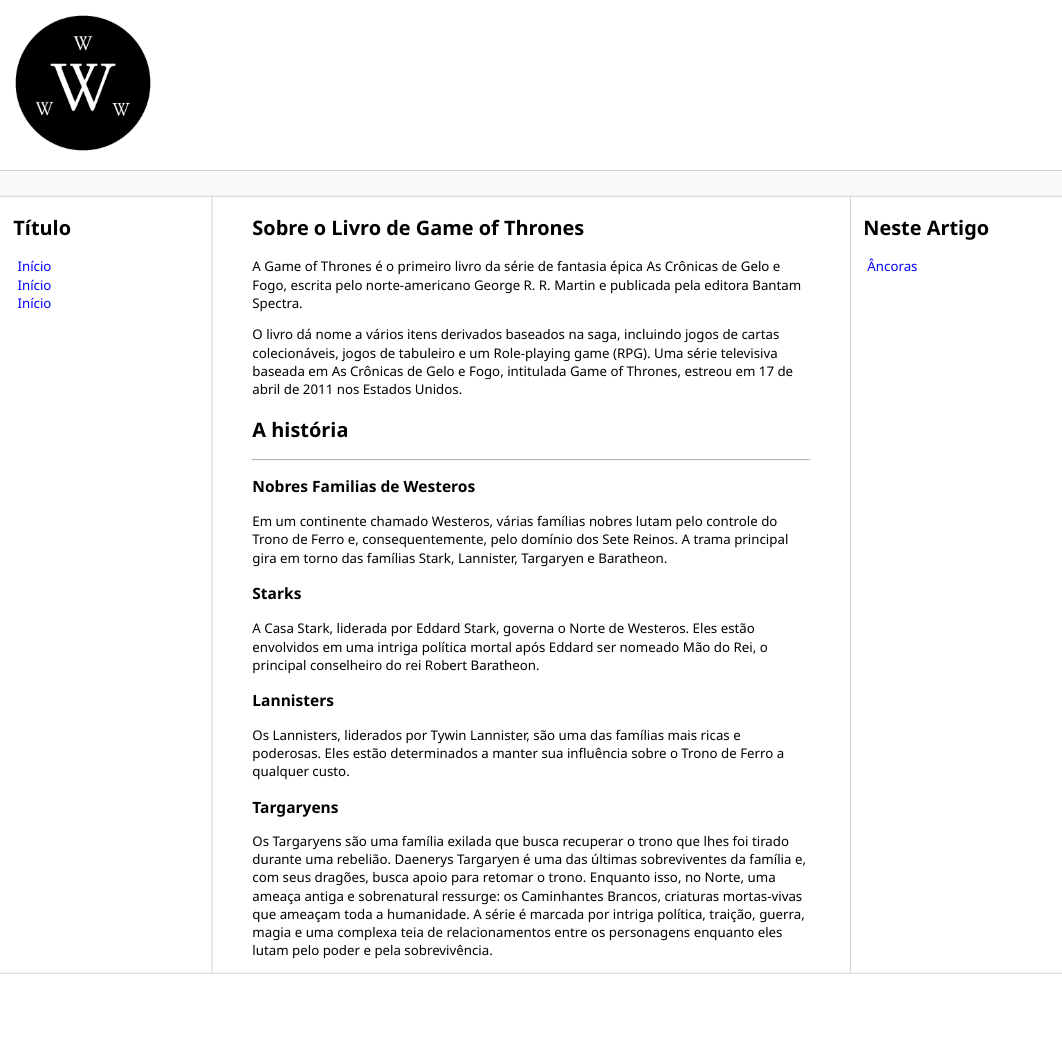
Repository: gustavotwist/projeto-w-wikipedia
Page: index.html
These files come from the project's save history. The page is drawn as it stood at one moment and after a run of saves; the edit follows.
The browser window is 1280 px wide. The pictures show the whole page, at 83% of full size.

Above is the page before, as saved 2024-05-01 11:20:50.

After the next 2 saves:
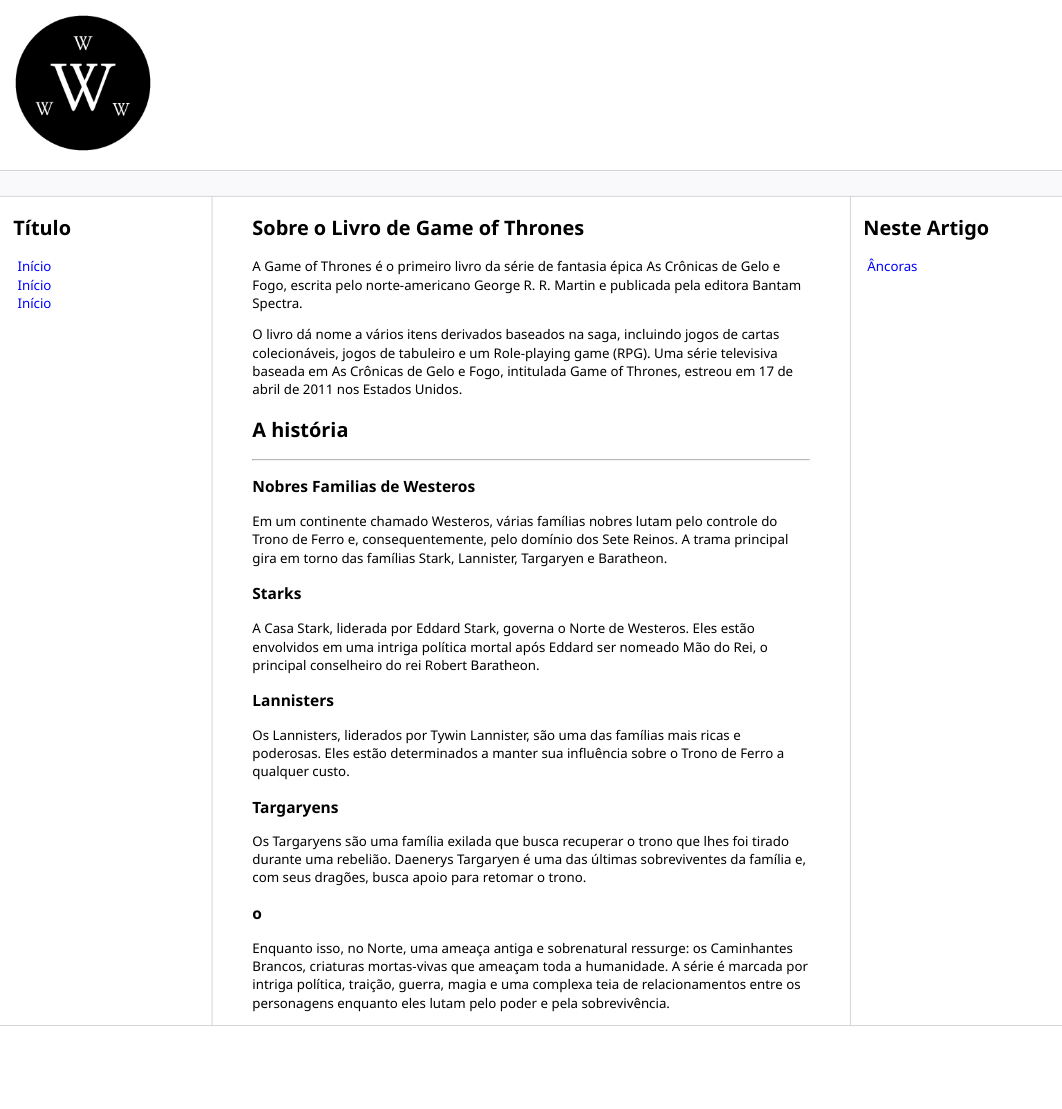
The 2 saves are shown as one change because they came seconds apart.
The last was saved 8 s later.
--- a/index.html
+++ b/index.html
@@ -45,7 +45,7 @@
                 <h3>Targaryens</h3>
                 Os Targaryens são uma família exilada que busca recuperar o trono que lhes foi tirado durante uma rebelião. Daenerys Targaryen é uma das últimas sobreviventes da família e, com seus dragões, busca apoio para retomar o trono.
 
-
+                <h3>o</h3>
                 Enquanto isso, no Norte, uma ameaça antiga e sobrenatural ressurge: os Caminhantes Brancos, criaturas mortas-vivas que ameaçam toda a humanidade.
 
                 A série é marcada por intriga política, traição, guerra, magia e uma complexa teia de relacionamentos entre os personagens enquanto eles lutam pelo poder e pela sobrevivência.</p>
